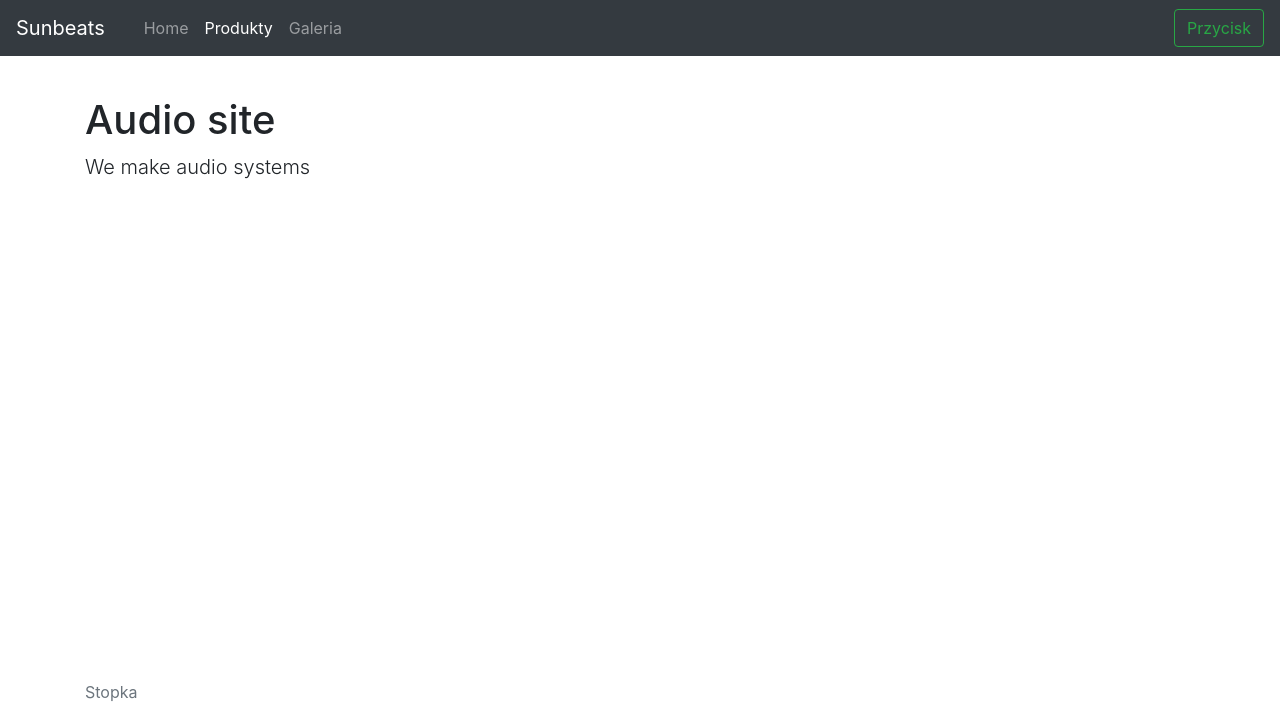
Repository: Audio-site/sunbeats
Page: products.html
These files come from the project's save history. The page is drawn as it stood at one moment and after the next save; the edit follows.
The browser window is 1280 px wide. The pictures show the whole page.

Above is the page before, as saved 2020-08-25 00:41:33.

### products.html
<!doctype html>
<html lang="en" class="h-100">

<head>
  <meta charset="utf-8">
  <meta name="viewport" content="width=device-width, initial-scale=1, shrink-to-fit=no">
  <meta name="description" content="">
  <meta name="author" content="Mark Otto, Jacob Thornton, and Bootstrap contributors">
  <meta name="generator" content="Jekyll v4.1.1">
  <title>Sunbeats</title>

  <link rel="canonical" href="https://getbootstrap.com/docs/4.5/examples/sticky-footer-navbar/">

  <!-- Bootstrap core CSS -->
  <link href="../assets/dist/css/bootstrap.min.css" rel="stylesheet">

</head>

<body class="d-flex flex-column h-100">
  <header>
    <!-- Fixed navbar -->
    <nav class="navbar navbar-expand-md navbar-dark fixed-top bg-dark">
      <a class="navbar-brand" href="#">Sunbeats</a>
      <button class="navbar-toggler" type="button" data-toggle="collapse" data-target="#navbarCollapse"
        aria-controls="navbarCollapse" aria-expanded="false" aria-label="Toggle navigation">
        <span class="navbar-toggler-icon"></span>
      </button>
      <div class="collapse navbar-collapse" id="navbarCollapse">
        <div class="container">
          <ul class="navbar-nav mr-auto">
            <li class="nav-item">
              <a class="nav-link" href="../index.html">Home</a>
            </li>
            <li class="nav-item">
              <a class="nav-link active" href="../products.html">Produkty <span class="sr-only">(current)</span></a>
            </li>
            <li class="nav-item">
              <a class="nav-link" href="#">Galeria</a>
            </li>
          </ul>
        </div>
        <button class="btn btn-outline-success my-2 my-sm-0" type="submit">Przycisk</button>
      </div>
    </nav>
  </header>

  <!-- Begin page content -->
  <main role="main" class="flex-shrink-0">
    <div class="container">
      <h1 class="pt-5 mt-5">Audio site</h1>
      <p class="lead">We make audio systems</p>
    </div>
  </main>

  <footer class="footer mt-auto py-3">
    <div class="container">
      <span class="text-muted">Stopka</span>
    </div>
  </footer>
  <script src="https://code.jquery.com/jquery-3.5.1.slim.min.js"
    integrity="sha384-DfXdz2htPH0lsSSs5nCTpuj/zy4C+OGpamoFVy38MVBnE+IbbVYUew+OrCXaRkfj" crossorigin="anonymous">
  </script>
  <script>
    window.jQuery || document.write('<script src="../assets/js/vendor/jquery.slim.min.js"><\/script>')
  </script>
  <script src="../assets/dist/js/bootstrap.bundle.min.js"></script>

</html>

Loaded but not shown: assets/dist/css/bootstrap.min.css (library); assets/dist/js/bootstrap.bundle.min.js (library)

After the next save:
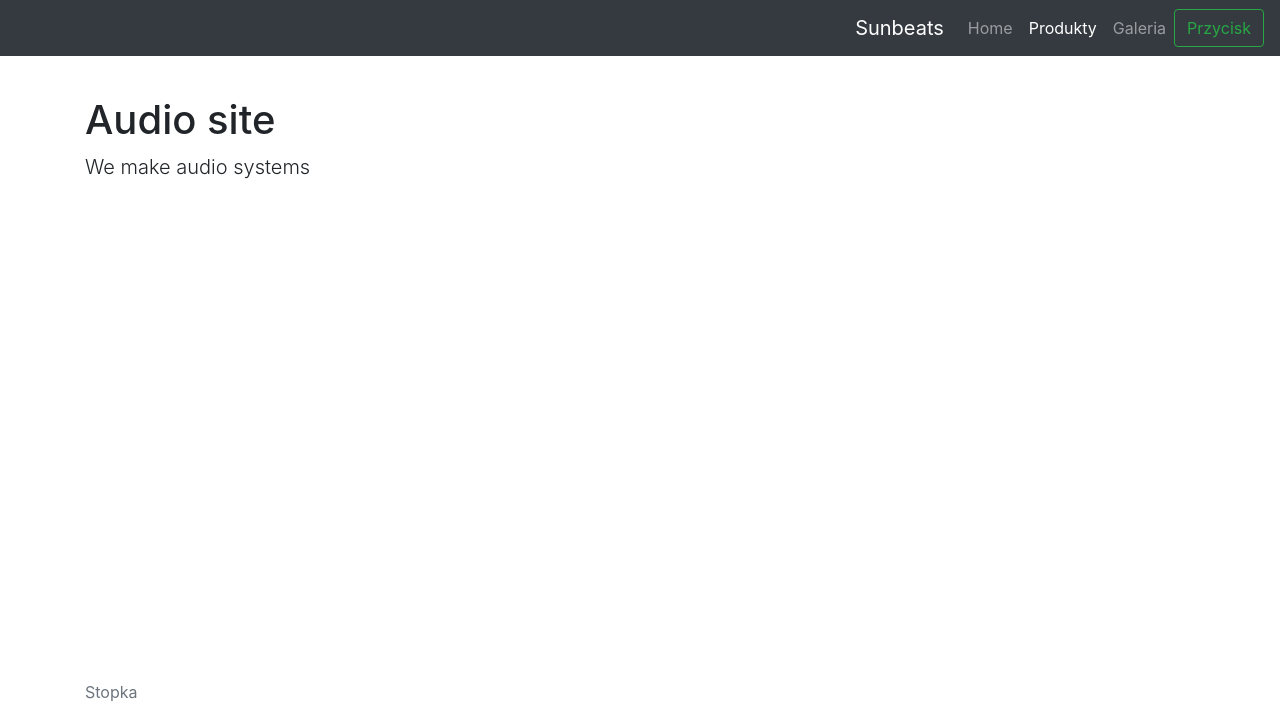
Saved 71 s later.
--- a/products.html
+++ b/products.html
@@ -20,13 +20,14 @@
   <header>
     <!-- Fixed navbar -->
     <nav class="navbar navbar-expand-md navbar-dark fixed-top bg-dark">
+      <div class="container"></div>
       <a class="navbar-brand" href="#">Sunbeats</a>
       <button class="navbar-toggler" type="button" data-toggle="collapse" data-target="#navbarCollapse"
         aria-controls="navbarCollapse" aria-expanded="false" aria-label="Toggle navigation">
         <span class="navbar-toggler-icon"></span>
       </button>
       <div class="collapse navbar-collapse" id="navbarCollapse">
-        <div class="container">
+
           <ul class="navbar-nav mr-auto">
             <li class="nav-item">
               <a class="nav-link" href="../index.html">Home</a>
@@ -38,8 +39,9 @@
               <a class="nav-link" href="#">Galeria</a>
             </li>
           </ul>
-        </div>
+
         <button class="btn btn-outline-success my-2 my-sm-0" type="submit">Przycisk</button>
+      </div>
       </div>
     </nav>
   </header>
